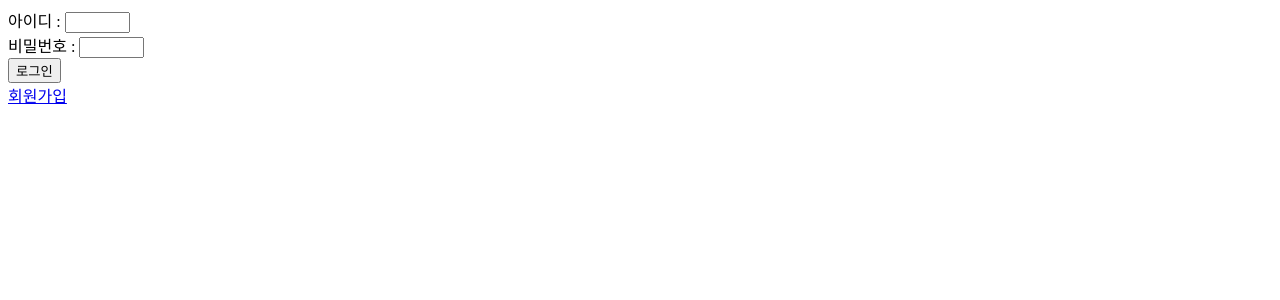
Repository: SeungMok/login_practice
Page: Login_practice/WebContent/index.html
An editor plug-in stored every save of this project. The page is shown before and after the next save, followed by the edit.
The browser window is 1280 px wide. The pictures show the whole page.

Above is the page before, as saved 2020-03-15 04:47:08.

### Login_practice/WebContent/index.html
<!DOCTYPE html>
<html>
<head>
<meta charset="EUC-KR">
<title>Insert title here</title>
</head>
<body>
	<form action="login" method="post">
		아이디 : <input type="text" name=id size=5></br>
		비밀번호 : <input type="text" name=pw size=5></br>
		<input type="submit" value="로그인">
	</form>

	<a href="join.html">회원가입</a>
</body>
</html>

After the next save:
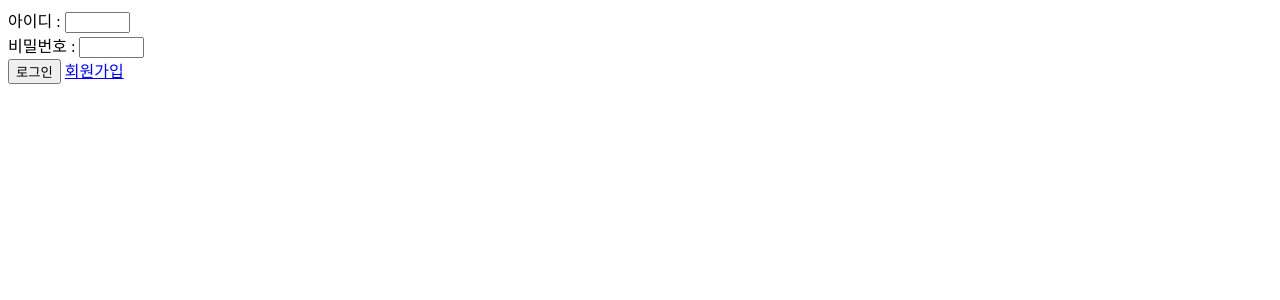
Saved 2 min 56 s later.
--- a/Login_practice/WebContent/index.html
+++ b/Login_practice/WebContent/index.html
@@ -9,8 +9,10 @@
 		아이디 : <input type="text" name=id size=5></br>
 		비밀번호 : <input type="text" name=pw size=5></br>
 		<input type="submit" value="로그인">
+
+		<a href="join.html">회원가입</a>
 	</form>
 
-	<a href="join.html">회원가입</a>
+
 </body>
 </html>
